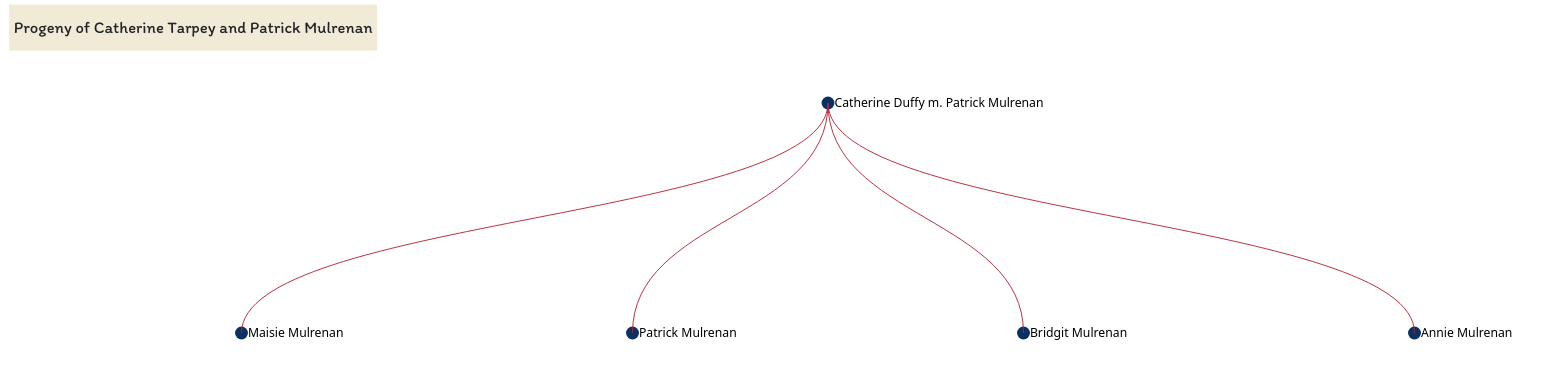
Repository: George2916/GreensladeFamilyTree
Page: progenyCatherineTarpey.html
The author's editor kept a record of every edit. The page is drawn from the files as they stood at one moment, then again after the next edit.
The browser window is 1280 px wide. The page is 1700 px wide, so the pictures cover 1700 px, including what lies to the right of the window. The pictures show the whole page, at 92% of full size.

Above is the page before.

### progenyCatherineTarpey.html
<!doctype html>
<html lang="en">
<head>

    <meta charset="utf-8">
    <meta http-equiv="X-UA-Compatible" content="IE-edge">
    <meta name="viewport" content="width=device-width, initial-scale=1">
    <!--[if lt IE 9]
      <script src="https://oss.maxcdn.com/html5shiv/3.7.2/html5shiv.min.js"></script>
      <script src="https://oss.maxcdn.com/respond/1.4.2/respond.min.js"></script>
    <![endif]-->

    <link rel="stylesheet" type="text/css" href="css/bootstrap.css">
    <link href="css/myStyle2.css" rel="stylesheet" type="text/css">
    <link rel="preconnect" href="https://fonts.gstatic.com">
    <link href="https://fonts.googleapis.com/css2?family=Itim&display=swap" rel="stylesheet">

<title>Progeny of Catherine Duffy and Patrick Mulrenan</title>

    <script src="js/d3.min.v6.7.0.js"></script>

</head>

<body class="progenyCatherineTarpeyBody">

    <div class="container-fluid">

  <div>
    <div class="progenyCatherineTarpeyA"></div>
	  <div class="progenyCatherineTorpeyB" id="progeny">Progeny of Catherine Tarpey and Patrick Mulrenan</div>
	  <div class="progenyCatherineTarpeyC"></div>
  </div>

  </div>

    <script>

    var svg = d3.select("body").append("svg")
            .attr("width",1700).attr("height",620)
            .append("g").attr("transform", "translate(50,50)");

    var data = [{"child":"Catherine Duffy m. Patrick Mulrenan", "parent": ""},

                {"child":"Maisie Mulrenan", "parent": "Catherine Duffy m. Patrick Mulrenan"},

                {"child":"Patrick Mulrenan", "parent": "Catherine Duffy m. Patrick Mulrenan"},

                {"child":"Bridgit Mulrenan", "parent": "Catherine Duffy m. Patrick Mulrenan"},

                {"child":"Annie Mulrenan", "parent": "Catherine Duffy m. Patrick Mulrenan"},
            ];

        var dataStructure = d3.stratify()
                    .id(function(d){return d.child;})
                    .parentId(function(d){return d.parent;})
                    (data);
        var treeStructure = d3.tree().size([1700,250]);
        var information = treeStructure(dataStructure);

        var circles = svg.append("g").selectAll("circle")
                    .data(information.descendants());
        circles.enter().append("circle")
            .attr("cx", function(d){return d.x;})
            .attr("cy", function(d){return d.y;})
            .attr("r",7);

        var connections = svg.append("g").selectAll("path")
                    .data(information.links());
        connections.enter().append("path")
            .attr("d", function(d){
                return "M" + d.source.x + "," + d.source.y + " C " + d.source.x + "," + (d.source.y + d.target.y)/2 + " "
                + d.target.x + "," + (d.source.y + d.target.y)/2 + " "
                + d.target.x + "," + d.target.y;

            });

        var names = svg.append("g").selectAll("text")
                    .data(information.descendants());
        names.enter().append("text")
                .text(function(d){return d.data.child;})
                .attr("x", function(d){return d.x+7;})
                .attr("y", function(d){return d.y+4;})
    </script>

    <script src="js/d3.min.v6.7.0.js"></script>

</body>
</html>

### css/myStyle2.css
/*CSS FOR PROGENY OF EDWARD DUFFY AND MAE TORPEY*/

.progenyDuffyDiv {
    display: inline-block;
    height: 50px;
    width: 29000px;
}

.progenyEdwardDuffyA {
	background: #b22234;
	border-radius: 5px 0px 0px 5px;
	-webkit-border-radius: 5px 0px 0px 5px;
	-moz-border-radius: 5px 0px 0px 5px;
	-o-border-radius: 5px 0px 0px 5px;
	display: inline-block;
	height: 50px;
	margin: 5px -3px 5px 14525px;
	width: 800px;
	vertical-align: text-bottom;
}

.progenyEdwardDuffyB {
	background: #f0ead6;
	display: inline-block;
	font-family: 'Itim', arial, verdana;
	font-size: 18px;
	height: 50px;
	line-height: 50px;
	margin: 5px -2px 5px -2px;
	text-align: center;
	width: 800px;
	vertical-align: text-bottom;
}

.progenyEdwardDuffyC {
	background: #0A3161;
	border-radius: 0px 5px 5px 0px;
	-webkit-border-radius: 0px 5px 5px 0px;
	-moz-border-radius: 0px 5px 5px 0px;
	-o-border-radius: 0px 5px 5px 0px;
	display: inline-block;
	height: 50px;
	margin: 5px 0px 5px -3px;
	width: 800px;
	vertical-align: text-bottom;
}

circle {fill: #0A3161;}

path {fill: none;
      stroke: #b22234;
}

body {font-size: 83%;}

/*CSS FOR PROGENY OF BRIAN DUFFY AND MARY CULLAN*/

.progenyBrianDuffyBody {
    width: 3000px;

}

.progenyBrianA {
	background: #169B62;
	border-radius: 5px 0px 0px 5px;
	-webkit-border-radius: 5px 0px 0px 5px;
	-moz-border-radius: 5px 0px 0px 5px;
	-o-border-radius: 5px 0px 0px 5px;
	display: inline-block;
	height: 50px;
	margin: 5px -3px 5px 1550px;
	width: 400px;
	vertical-align: text-bottom;
}

/*CSS FOR PROGENY OF CATHERINE TARPEY AND PATRICK MULRENn*/

.progenyCatherineTorpeyBody {
    display: inline-block;
    height: 50px;
    width: 1900px;
}

.progenyCatherineTorpeyA {
	background:  #169B62;
	border-radius: 5px 0px 0px 5px;
	-webkit-border-radius: 5px 0px 0px 5px;
	-moz-border-radius: 5px 0px 0px 5px;
	-o-border-radius: 5px 0px 0px 5px;
	display: inline-block;
	height: 50px;
	margin: 5px -3px 5px 320px;
	width: 400px;
	vertical-align: text-bottom;
}

.progenyCatherineTorpeyB {
	background: #f0ead6;
	display: inline-block;
	font-family: 'Itim', arial, verdana;
	font-size: 18px;
	height: 50px;
	line-height: 50px;
	margin: 5px -2px 5px -2px;
	text-align: center;
	width: 400px;
	vertical-align: text-bottom;
}

.progenyCatherineTorpeyC {
	background: #FF883E;
	border-radius: 0px 5px 5px 0px;
	-webkit-border-radius: 0px 5px 5px 0px;
	-moz-border-radius: 0px 5px 5px 0px;
	-o-border-radius: 0px 5px 5px 0px;
	display: inline-block;
	height: 50px;
	margin: 5px 0px 5px -3px;
	width: 400px;
	vertical-align: text-bottom;
}

/*CSS FOR PROGENY OF KATHLEEN DUFFY AND JAMES COBURN*/

.progenyCoburnDiv {
    display: inline-block;
    height: 50px;
    width: 1500px;
}

.progenyCoburnA {
	background: #B31942;
	border-radius: 5px 0px 0px 5px;
	-webkit-border-radius: 5px 0px 0px 5px;
	-moz-border-radius: 5px 0px 0px 5px;
	-o-border-radius: 5px 0px 0px 5px;
	display: inline-block;
	height: 50px;
	margin: 5px -3px 5px 100px;
	width: 400px;
	vertical-align: text-bottom;
}

.progenyCoburnB {
	background: #f0ead6;
	display: inline-block;
	font-family: 'Itim', arial, verdana;
	font-size: 18px;
	height: 50px;
	line-height: 50px;
	margin: 5px -2px 5px -2px;
	text-align: center;
	width: 400px;
	vertical-align: text-bottom;
}

.progenyCoburnC {
	background: #0A3161;
	border-radius: 0px 5px 5px 0px;
	-webkit-border-radius: 0px 5px 5px 0px;
	-moz-border-radius: 0px 5px 5px 0px;
	-o-border-radius: 0px 5px 5px 0px;
	display: inline-block;
	height: 50px;
	margin: 5px 0px 5px -3px;
	width: 400px;
	vertical-align: text-bottom;
}

/*CSS FOR PROGENY OF KEVIN DUFFY AND UNA BEGLEY*/

.progenyKevinBody {
    display: inline-block;
    height: 50px;
    width: 2000px;
}

.progenyKevinA {
	background: #169B62;
	border-radius: 5px 0px 0px 5px;
	-webkit-border-radius: 5px 0px 0px 5px;
	-moz-border-radius: 5px 0px 0px 5px;
	-o-border-radius: 5px 0px 0px 5px;
	display: inline-block;
	height: 50px;
	margin: 5px -3px 5px 450px;
	width: 400px;
	vertical-align: text-bottom;
}

.progenyKevinB {
	background: #f0ead6;
	display: inline-block;
	font-family: 'Itim', arial, verdana;
	font-size: 18px;
	height: 50px;
	line-height: 50px;
	margin: 5px -2px 5px -2px;
	text-align: center;
	width: 400px;
	vertical-align: text-bottom;
}

.progenyKevinC {
	background: #FF883E;
	border-radius: 0px 5px 5px 0px;
	-webkit-border-radius: 0px 5px 5px 0px;
	-moz-border-radius: 0px 5px 5px 0px;
	-o-border-radius: 0px 5px 5px 0px;
	display: inline-block;
	height: 50px;
	margin: 5px 0px 5px -3px;
	width: 400px;
	vertical-align: text-bottom;
}

/*CSS FOR PROGENY OF UNA DUFFY AND SAM MEDLICOTT*/

.progenyMedlicottBody {
    display: inline-block;
    height: 50px;
    width: 2000px;
}

.progenyMedlicottA {
	background: #C8102E;
	border-radius: 5px 0px 0px 5px;
	-webkit-border-radius: 5px 0px 0px 5px;
	-moz-border-radius: 5px 0px 0px 5px;
	-o-border-radius: 5px 0px 0px 5px;
	display: inline-block;
	height: 50px;
	margin: 5px -3px 5px 250px;
	width: 500px;
	vertical-align: text-bottom;
}

.progenyMedlicottB {
	background: #f0ead6;
	border: 1px solid black;
	display: inline-block;
	font-family: 'Itim', arial, verdana;
	font-size: 18px;
	height: 50px;
	line-height: 50px;
	margin: 5px -2px 5px -2px;
	text-align: center;
	width: 500px;
	vertical-align: text-bottom;
}

.progenyMedlicottC {
	background: #012169;
	border-radius: 0px 5px 5px 0px;
	-webkit-border-radius: 0px 5px 5px 0px;
	-moz-border-radius: 0px 5px 5px 0px;
	-o-border-radius: 0px 5px 5px 0px;
	display: inline-block;
	height: 50px;
	margin: 5px 0px 5px -3px;
	width: 500px;
	vertical-align: text-bottom;
}

/*CSS FOR PROGENY OF MARY ANN DUFFY AND THOMAS SCANLON*/

.progenyScanlonBody {
    display: inline-block;
    height: 50px;
    width: 15000px;
}

.progenyScanlonA {
	background: #B31942;
	border-radius: 5px 0px 0px 5px;
	-webkit-border-radius: 5px 0px 0px 5px;
	-moz-border-radius: 5px 0px 0px 5px;
	-o-border-radius: 5px 0px 0px 5px;
	display: inline-block;
	height: 50px;
	margin: 5px -3px 5px 10725px;
	width: 800px;
	vertical-align: text-bottom;
}

.progenyScanlonB {
	background: #f0ead6;
	display: inline-block;
	font-family: 'Itim', arial, verdana;
	font-size: 18px;
	height: 50px;
	line-height: 50px;
	margin: 5px -2px 5px -2px;
	text-align: center;
	width: 800px;
	vertical-align: text-bottom;
}

.progenyScanlonC {
	background: #0A3161;
	border-radius: 0px 5px 5px 0px;
	-webkit-border-radius: 0px 5px 5px 0px;
	-moz-border-radius: 0px 5px 5px 0px;
	-o-border-radius: 0px 5px 5px 0px;
	display: inline-block;
	height: 50px;
	margin: 5px 0px 5px -3px;
	width: 800px;
	vertical-align: text-bottom;
}

/*CSS FOR PROGENY OF MICHAEL "MICK" McDONAGH AND MARY ANN COLEMAN*/

.progenyMickMcDonaghBody {
    width: 3000px;

}

.progenyMickA {
	background: #169B62;
	border-radius: 5px 0px 0px 5px;
	-webkit-border-radius: 5px 0px 0px 5px;
	-moz-border-radius: 5px 0px 0px 5px;
	-o-border-radius: 5px 0px 0px 5px;
	display: inline-block;
	height: 50px;
	margin: 5px -3px 5px 450px;
	width: 600px;
	vertical-align: text-bottom;
}

.progenyMickB {
	background: #f0ead6;
	display: inline-block;
	font-family: 'Itim', arial, verdana;
	font-size: 18px;
	height: 50px;
	line-height: 50px;
	margin: 5px -2px 5px -2px;
	text-align: center;
	width: 600px;
	vertical-align: text-bottom;
}

.progenyMickC {
	background: #FF883E;
	border-radius: 0px 5px 5px 0px;
	-webkit-border-radius: 0px 5px 5px 0px;
	-moz-border-radius: 0px 5px 5px 0px;
	-o-border-radius: 0px 5px 5px 0px;
	display: inline-block;
	height: 50px;
	margin: 5px 0px 5px -3px;
	width: 600px;
	vertical-align: text-bottom;
}

/*CSS FOR PROGENY OF SARAH "SADIE" McDONAGH/JOHN COMINOS AND MARY "MOLLIE" McDONAGH AND TERENCE KENNY*/

.progenySarahBody {
    display: inline-block;
    height: 50px;
    width: 1900px;
}

.progenySarahA {
	background:  #B31942;
	border-radius: 5px 0px 0px 5px;
	-webkit-border-radius: 5px 0px 0px 5px;
	-moz-border-radius: 5px 0px 0px 5px;
	-o-border-radius: 5px 0px 0px 5px;
	display: inline-block;
	height: 50px;
	margin: 5px -3px 5px 130px;
	width: 400px;
	vertical-align: text-bottom;
}

.progenyMaryA {
	background:  #B31942;
	border-radius: 5px 0px 0px 5px;
	-webkit-border-radius: 5px 0px 0px 5px;
	-moz-border-radius: 5px 0px 0px 5px;
	-o-border-radius: 5px 0px 0px 5px;
	display: inline-block;
	height: 50px;
	margin: 5px -3px 5px 140px;
	width: 400px;
	vertical-align: text-bottom;
}

.progenySarahB {
	background: #f0ead6;
	display: inline-block;
	font-family: 'Itim', arial, verdana;
	font-size: 18px;
	height: 50px;
	line-height: 50px;
	margin: 5px -2px 5px -2px;
	text-align: center;
	width: 500px;
	vertical-align: text-bottom;
}

.progenySarahC {
	background: #0A3161;
	border-radius: 0px 5px 5px 0px;
	-webkit-border-radius: 0px 5px 5px 0px;
	-moz-border-radius: 0px 5px 5px 0px;
	-o-border-radius: 0px 5px 5px 0px;
	display: inline-block;
	height: 50px;
	margin: 5px 0px 5px -3px;
	width: 400px;
	vertical-align: text-bottom;
}

Loaded but not shown: css/bootstrap.css (library); js/d3.min.v6.7.0.js (library)

After the next edit:
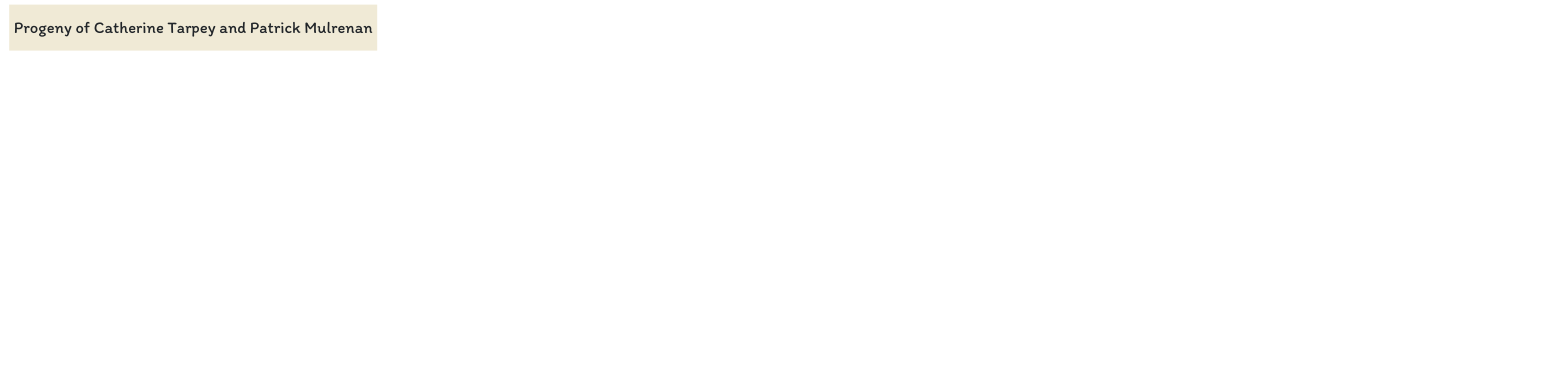
Console error (its wording comes from the project's code and is left out).
The edit:
--- a/progenyCatherineTarpey.html
+++ b/progenyCatherineTarpey.html
@@ -39,7 +39,7 @@
             .attr("width",1700).attr("height",620)
             .append("g").attr("transform", "translate(50,50)");
 
-    var data = [{"child":"Catherine Duffy m. Patrick Mulrenan", "parent": ""},
+    var data = [{"child":"Catherine Tarpey m. Patrick Mulrenan", "parent": ""},
 
                 {"child":"Maisie Mulrenan", "parent": "Catherine Duffy m. Patrick Mulrenan"},
 

After the 4 edits that followed:
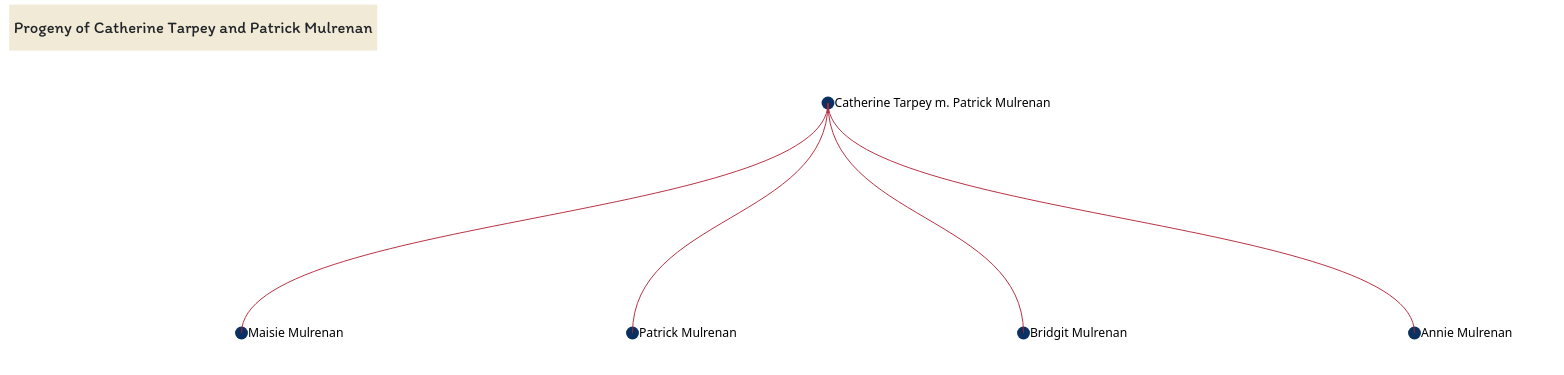
The error is gone.
The 4 edits are shown as one change because 3 left the picture as it was.
The edit:
--- a/progenyCatherineTarpey.html
+++ b/progenyCatherineTarpey.html
@@ -41,13 +41,13 @@
 
     var data = [{"child":"Catherine Tarpey m. Patrick Mulrenan", "parent": ""},
 
-                {"child":"Maisie Mulrenan", "parent": "Catherine Duffy m. Patrick Mulrenan"},
+                {"child":"Maisie Mulrenan", "parent": "Catherine Tarpey m. Patrick Mulrenan"},
 
-                {"child":"Patrick Mulrenan", "parent": "Catherine Duffy m. Patrick Mulrenan"},
+                {"child":"Patrick Mulrenan", "parent": "Catherine Tarpey m. Patrick Mulrenan"},
 
-                {"child":"Bridgit Mulrenan", "parent": "Catherine Duffy m. Patrick Mulrenan"},
+                {"child":"Bridgit Mulrenan", "parent": "Catherine Tarpey m. Patrick Mulrenan"},
 
-                {"child":"Annie Mulrenan", "parent": "Catherine Duffy m. Patrick Mulrenan"},
+                {"child":"Annie Mulrenan", "parent": "Catherine Tarpey m. Patrick Mulrenan"},
             ];
 
         var dataStructure = d3.stratify()
